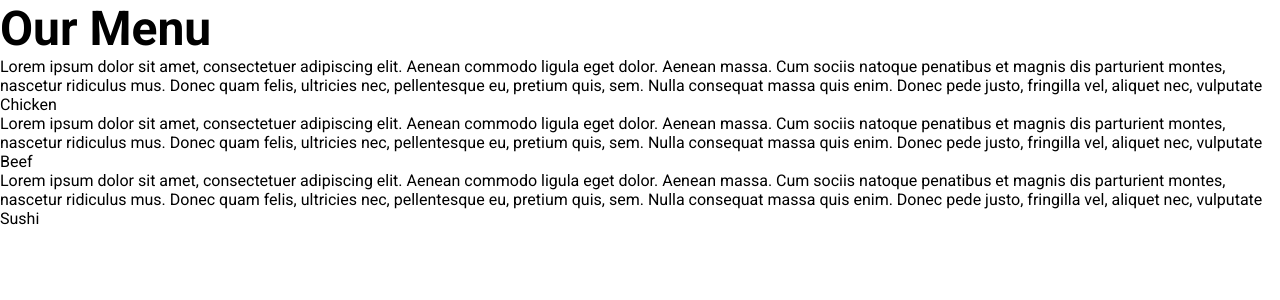
Repository: Normandy72/module2-solution
Page: index.html
An editor plug-in stored every save of this project. The page is shown before and after the next save, followed by the edit.
The browser window is 1280 px wide. The pictures show the whole page.

Above is the page before, as saved 2022-12-05 14:43:53.

After the next save:
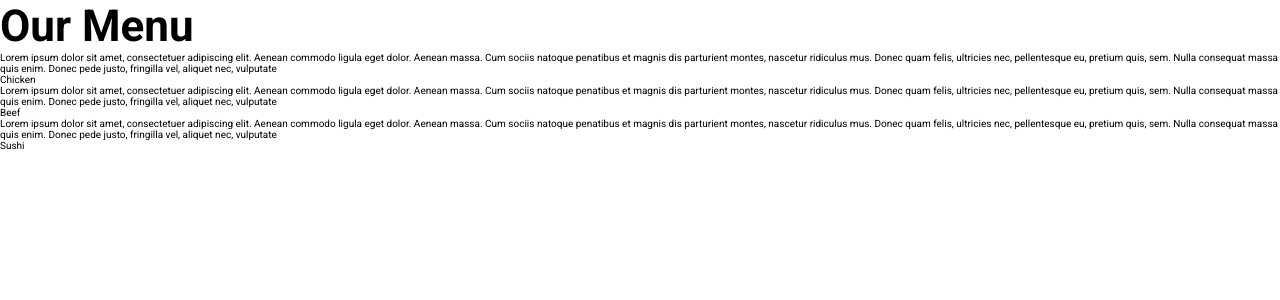
Saved 2 min 36 s later.
--- a/styles/style.css
+++ b/styles/style.css
@@ -1,5 +1,6 @@
 *{
     font-family: 'Roboto', sans-serif;
+    font-size: 10px;
 
     margin: 0;
     padding: 0;
@@ -7,5 +8,5 @@
 }
 
 h1{
-    font-size: 3em;
+    font-size: 4.4rem;
 }
